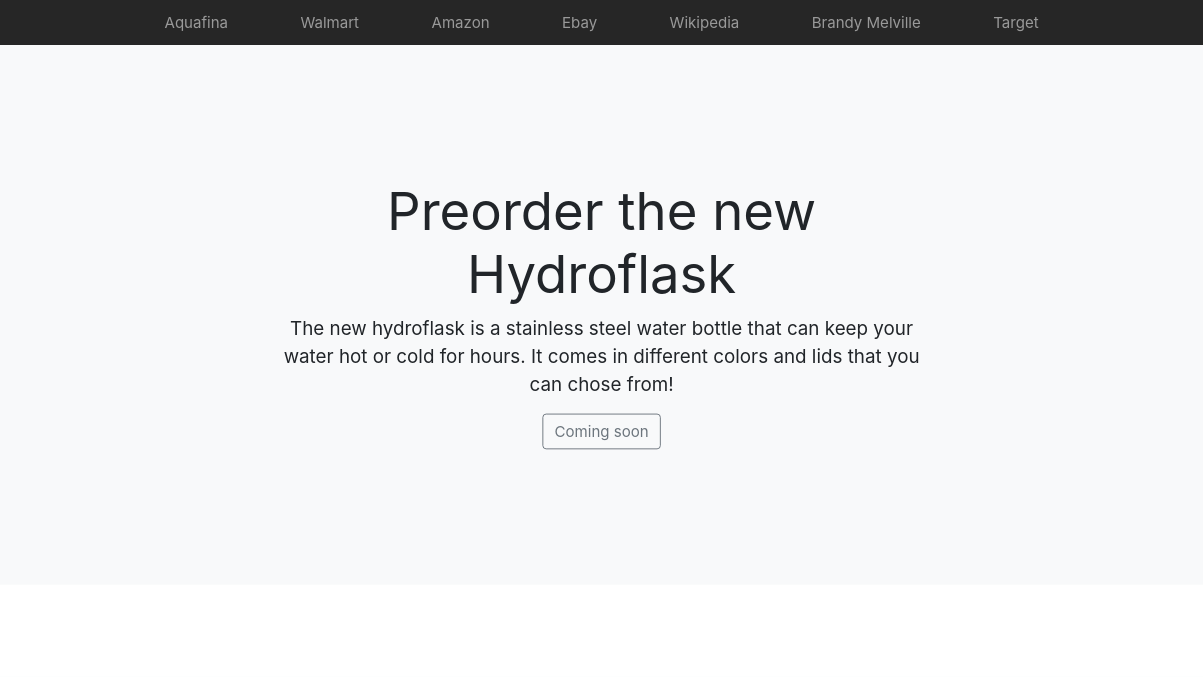
Repository: hluon012/Helen-website
Page: LearnCS8-Twilio/index.html
The author's editor kept a record of every edit. The page is drawn from the files as they stood at one moment, then again after the next edit.
The browser window is 1280 px wide. The pictures show the whole page, at 94% of full size.

Above is the page before.

After the next edit:
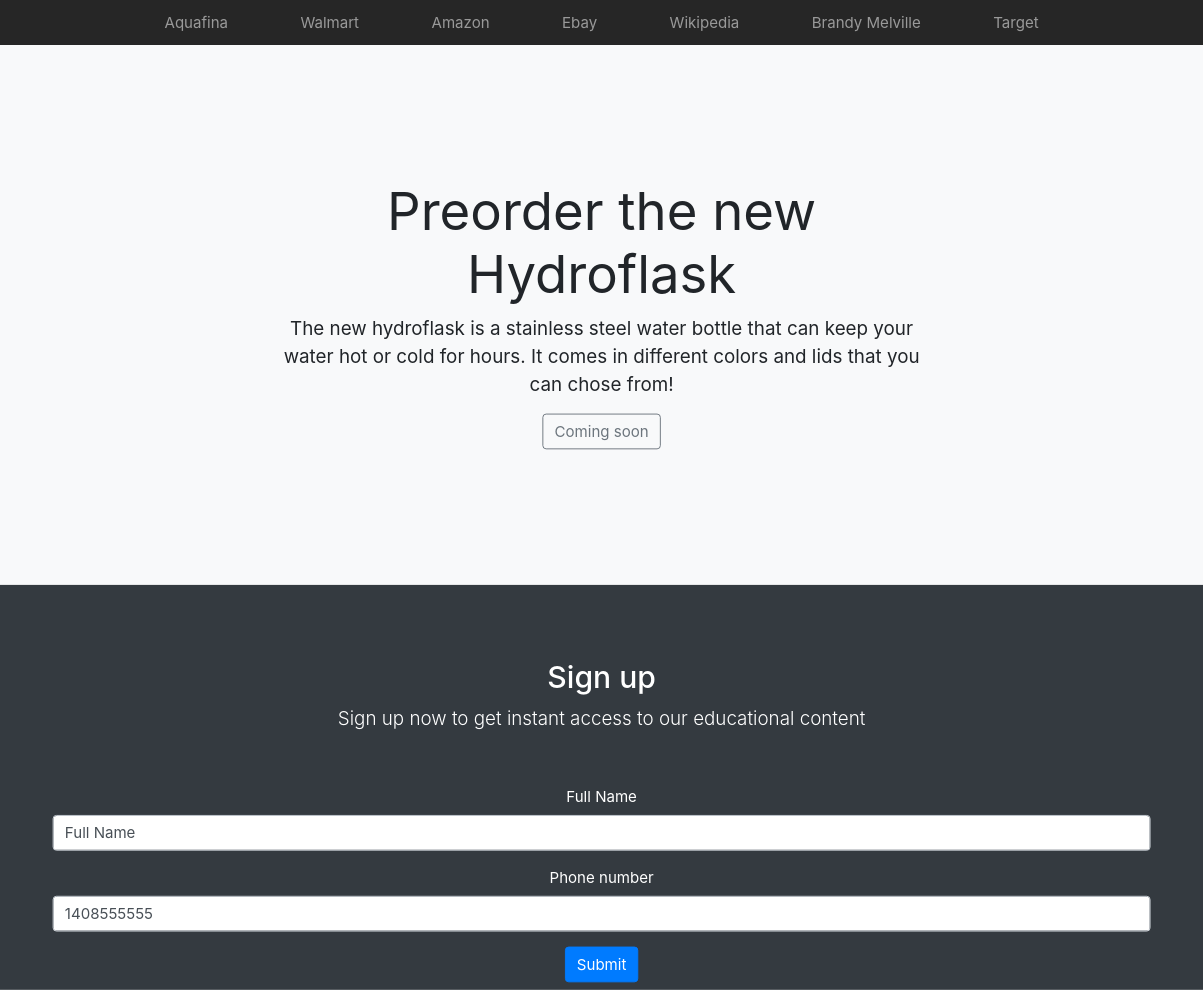
The edit:
--- a/LearnCS8-Twilio/index.html
+++ b/LearnCS8-Twilio/index.html
@@ -35,5 +35,44 @@
           <a class="btn btn-outline-secondary" href="https://www.aquaphorus.com/?gclid=CjwKCAiArY2fBhB9EiwAWqHK6lWkDiTSmk9PVK6CZ9znyxaar2gdfyCmCYlxiF1WZUXbJgQiAhSHZBoCpKEQAvD_BwE" target="_blank">Coming soon</a>
       </div>
     </div>
+    <!-- Left Tile -->
+<div class="d-md-flex flex-md-equal w-100">
+    <div class="bg-dark pt-3 px-3 pt-md-5 px-md-5 text-center text-white overflow-hidden">
+        <div class="my-3 py-3">
+            <h2 class="display-5">Sign up</h2>
+            <p class="lead">Sign up now to get instant access to our educational content</p>
+        </div>
+        <!-- Web form when submitted will send a text message -->
+        <form class="p-2" onsubmit="sendTextMessage(); return false;">
+            <!-- Full Name Form Field -->
+            <div class="form-group">
+                <label for="example-first-name">Full Name</label>
+                <input type="text" value="Full Name" class="form-control" id="example-first-name" aria-describedby="emailHelp">
+            </div>
+            <!-- Phone Number Form Field -->
+            <div class="form-group">
+                <label for="example-tel-input">Phone number</label>
+                <input type="tel" class="form-control" value="1408555555" id="example-tel-input">
+            </div>
+            <!-- JavaScript that handles onSubmit logic -->
+            <!-- Configure the XHR request below with your own credentials -->
+            <script>
+            function sendTextMessage() {
+                console.log("Hello world!");
+                var xhr = new XMLHttpRequest();
+                var accountSID = "XXXXXXXXXXXXXXXX";
+                var authToken = "XXXXXXXXXXXXXXXX";
+                var base64encoded = accountSID + ":" + authToken;
+                var params = "To=" + document.getElementById('example-tel-input').value + "&From=" + "8449993536" + "&Body=" + "Hello " + document.getElementById('example-first-name').value + " nice job on sending your first SMS with APIs."
+                xhr.open("POST", "https://api.twilio.com/2010-04-01/Accounts/" + accountSID + "/Messages.json", true);
+                xhr.setRequestHeader('Content-Type', 'application/x-www-form-urlencoded');
+                xhr.setRequestHeader('Authorization', 'Basic ' + btoa(base64encoded));
+                xhr.send(params);
+            }
+            </script>
+            <!-- Submit button that will execute the sendTextMessage function -->
+            <button type="submit" class="btn btn-primary">Submit</button>
+        </form>
+    </div>
   </body>
 </html>
